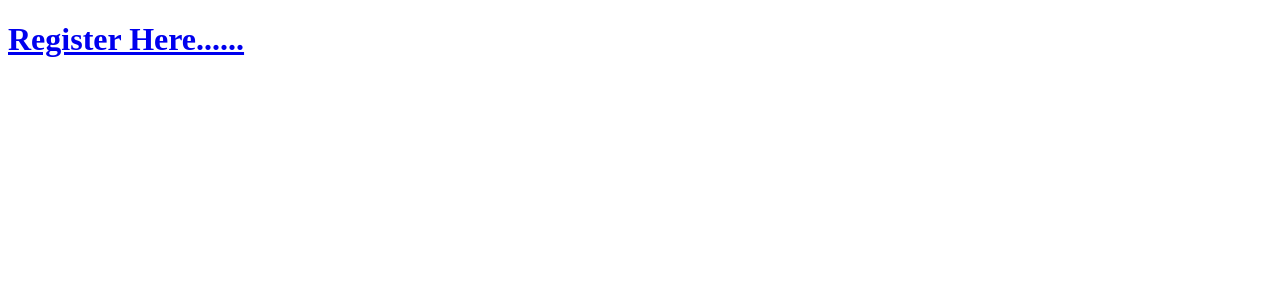
Repository: darshankalathiya9/Hibernate
Page: http://localhost/HibernateWEB/Index.jsp
An editor plug-in stored every save of this project. The page is shown before and after the next save, followed by the edit.
The browser window is 1280 px wide. The pictures show the whole page.
The page is served by Tomcat 9.

Above is the page before, as saved 2023-05-03 12:33:18.

After the next save:
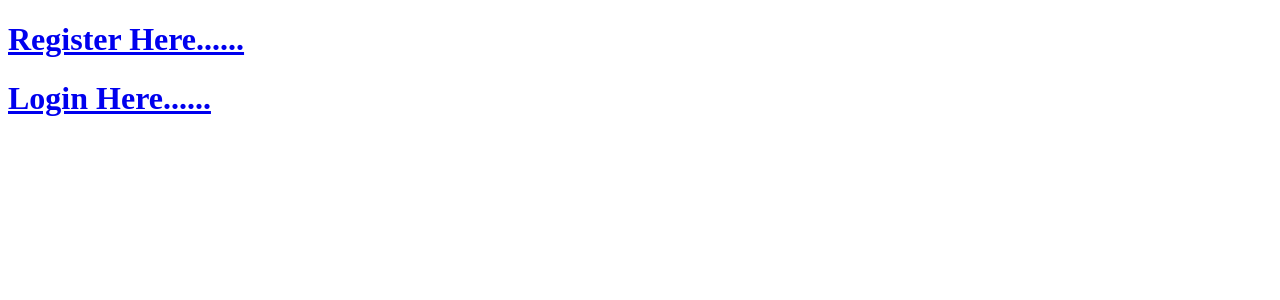
Saved 23 s later.
--- a/HibernateWEB/src/main/webapp/Index.jsp
+++ b/HibernateWEB/src/main/webapp/Index.jsp
@@ -7,6 +7,7 @@
 <title>Insert title here</title>
 </head>
 <body>
-<h1><a href="Register.jsp">Register Here......</a></h1>
+	<h1><a href="Register.jsp">Register Here......</a></h1>
+	<h1><a href="Login.jsp">Login Here......</a></h1>
 </body>
 </html>
